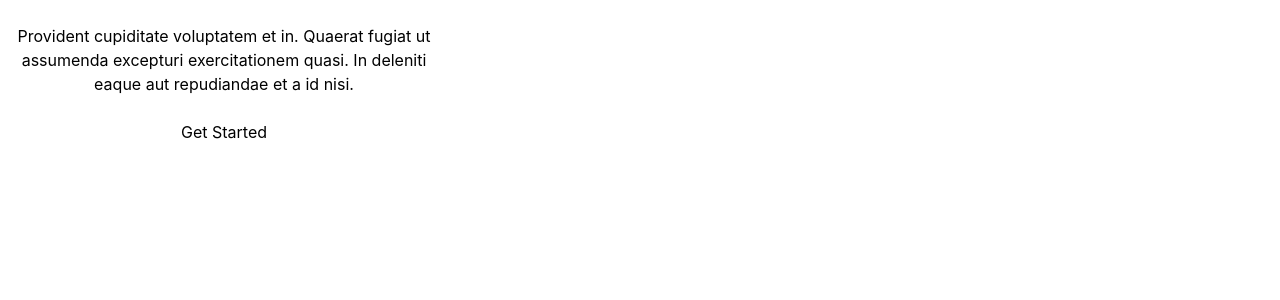
Repository: RahmanRakib9/TwentyOne
Page: /
An editor plug-in stored every save of this project. The page is shown before and after a run of saves, followed by the edit.
The browser window is 1280 px wide. The pictures show the whole page.
The project was rebuilt for these pictures with package versions that can differ from the ones it lists, and the page was loaded fresh each time.

Above is the page before, as saved 2022-10-13 17:42:45.

After the next 5 saves:
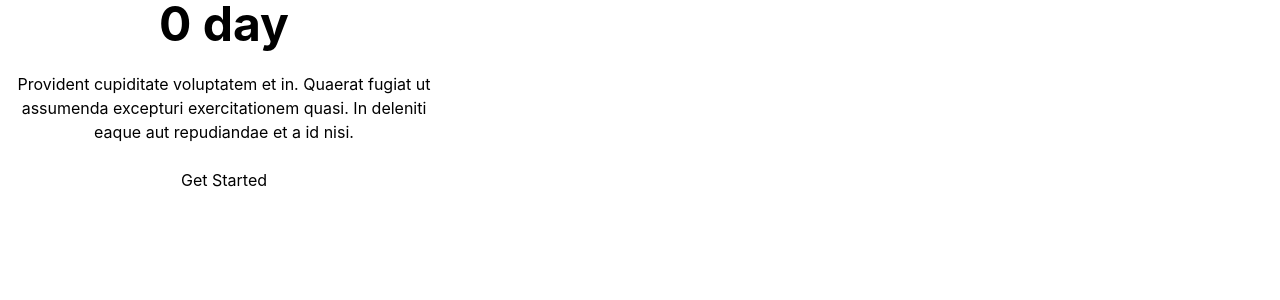
The 5 saves are shown as one change because they came seconds apart.
The last was saved 16 s later.
--- a/src/components/Timer.js
+++ b/src/components/Timer.js
@@ -7,7 +7,7 @@ const Timer = () => {
     <div class="hero min-h-screen bg-base-200">
       <div class="hero-content text-center">
         <div class="max-w-md">
-          <h1 class="text-5xl font-bold"></h1>
+          <h1 class="text-5xl font-bold">{day} day</h1>
           <h3 className="text-2xl"></h3>
           <p class="py-6">
             Provident cupiditate voluptatem et in. Quaerat fugiat ut assumenda
